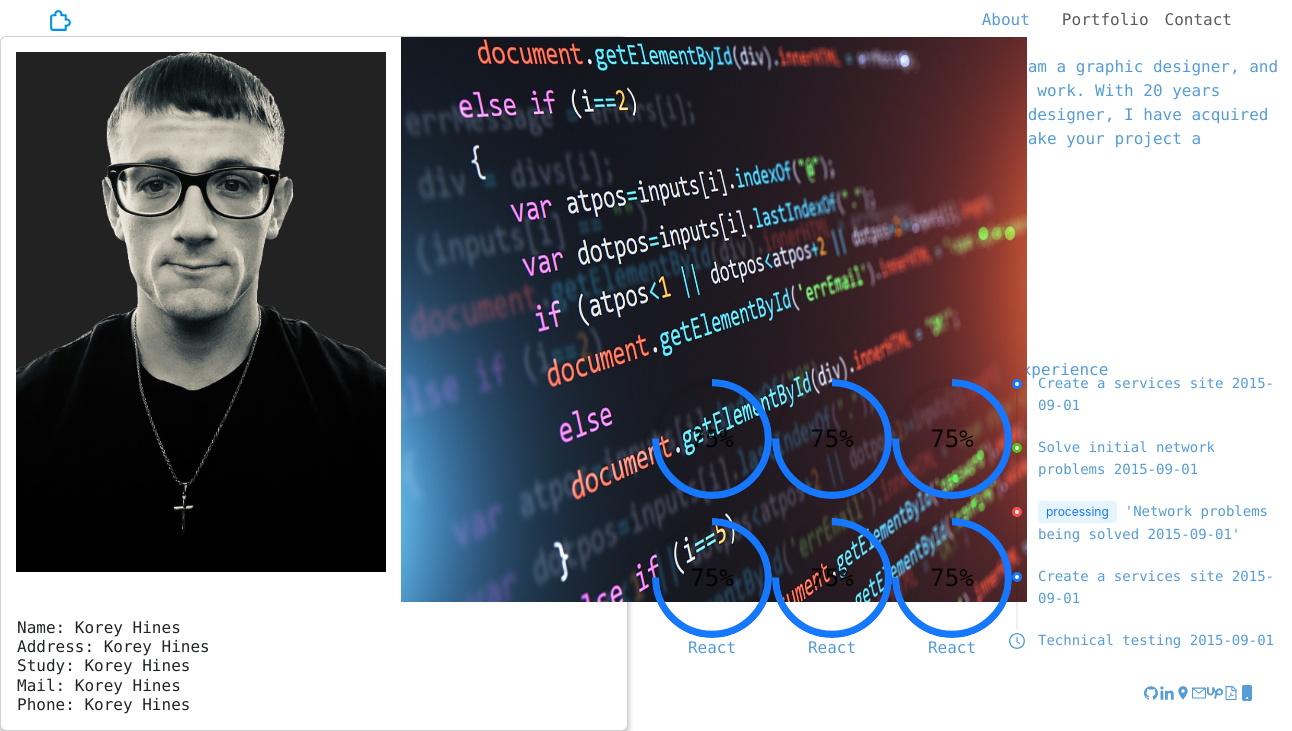
Repository: devkthines/next-portfolio-v2
Page: /about
The author's editor kept a copy of each file at every save. The page is drawn from the files as they stood at one save, then again after a run of saves.
The browser window is 1280 px wide. The page is 1292 px wide, so the pictures cover 1292 px, including what lies to the right of the window. The pictures show the whole page.
The project was rebuilt for these pictures with package versions that can differ from the ones it lists, and the page was loaded fresh each time. The framework's server and built-in components were replaced by stand-ins that run in the browser. Also part of the build but not shown: next.config.js.

Above is the page before, as saved 2023-09-25 21:26:18.

After the next 2 saves:
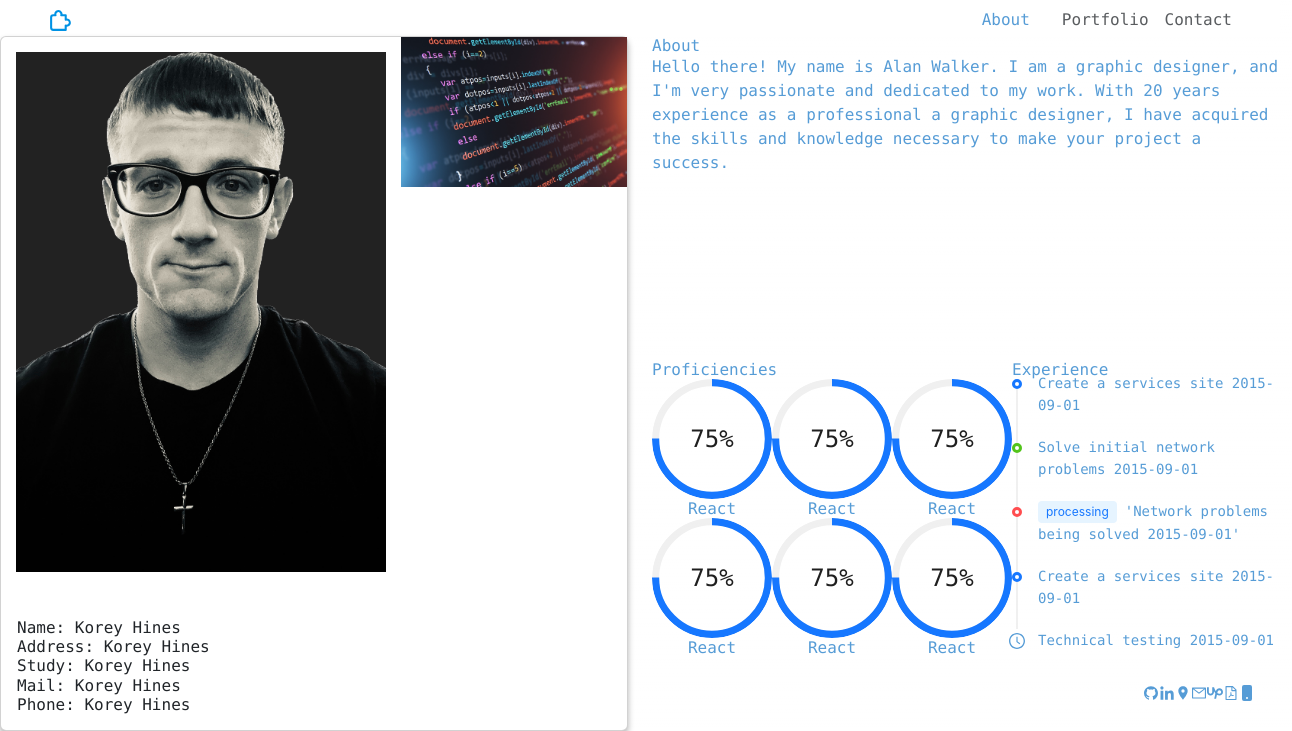
The 2 saves are shown as one change because they came seconds apart.
The last was saved 54 s later.
--- a/src/app/about/page.js
+++ b/src/app/about/page.js
@@ -51,7 +51,8 @@ export default function About() {
           <Col id=''>
             <Card id='aboutcard'>
             <div className='d-flex'><Card.Img variant="top" id='aboutImg' src='/images/IMG-update.jpg' />
-            <div></div><img src="/images/webstorm-vs-vscode.jpeg" alt="" /></div>
+            <div><img src="/images/webstorm-vs-vscode.jpeg" alt="" />
+            </div></div>
             <Card.Body>
               <h6>Name:  Korey Hines</h6>
               <h6>Address:  Korey Hines</h6>
